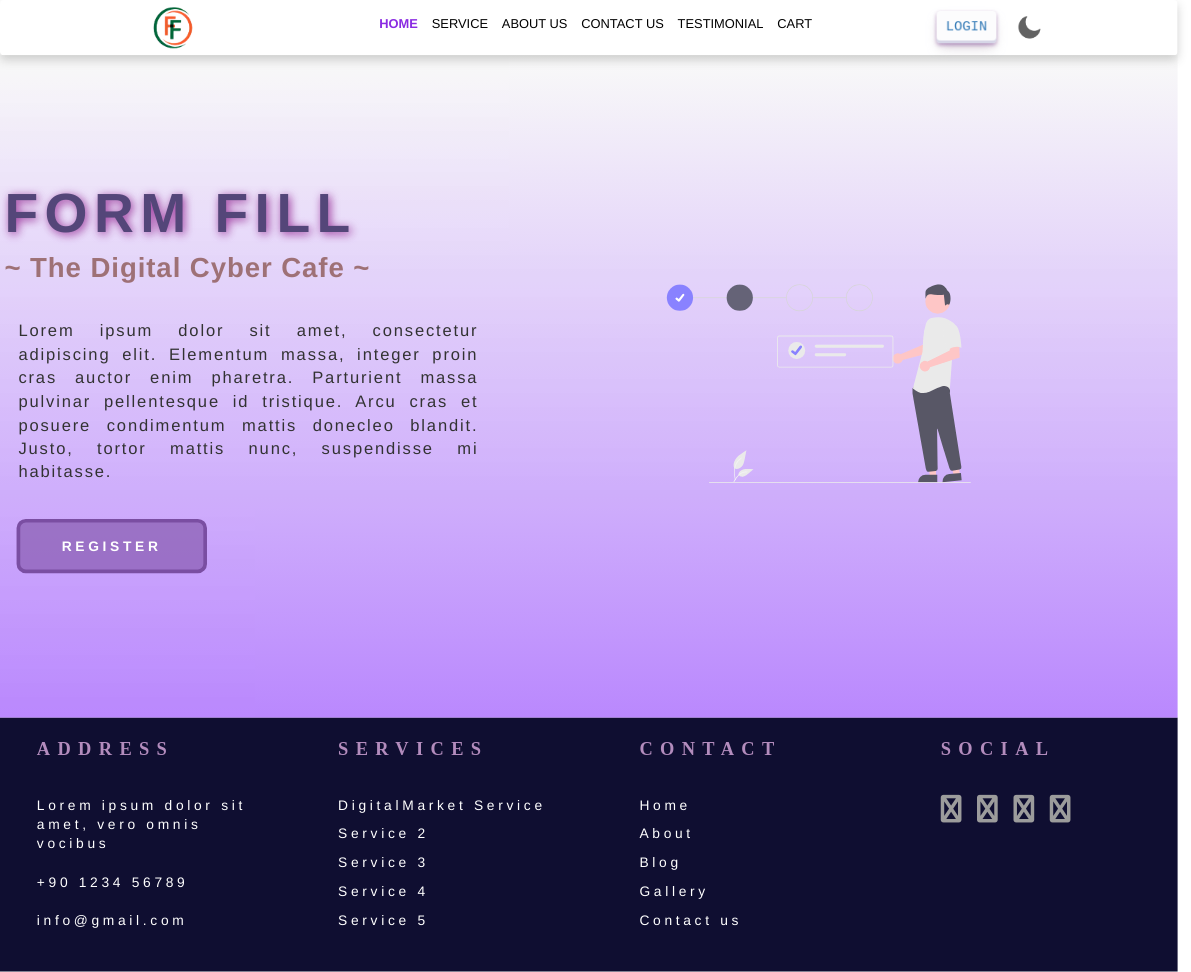
Repository: codervivek5/Formfil
Page: index.html
The author's editor kept a copy of each file at every save. The page is drawn from the files as they stood at one save, then again after the next save.
The browser window is 1280 px wide. The page is 1295 px wide, so the pictures cover 1295 px, including what lies to the right of the window. The pictures show the whole page, at 92% of full size.
Some web fonts or font styles are not loaded; a fallback is used.

Above is the page before, as saved 2023-03-04 21:03:14.

### index.html
<!DOCTYPE html>
<html lang="en">

<head>
	<meta charset="UTF-8" />
	<meta http-equiv="X-UA-Compatible" content="IE=edge" />
	<meta name="viewport" content="width=device-width, initial-scale=1.0" />
	<title>Home-FormFil</title>
	<link rel="stylesheet" href="style/style.css" />
     <link rel="stylesheet" href="style/theme.css">

	<link rel="stylesheet" href="https://maxcdn.bootstrapcdn.com/bootstrap/3.4.1/css/bootstrap.min.css">
	<script src="https://ajax.googleapis.com/ajax/libs/jquery/3.6.0/jquery.min.js"></script>
     <script src="https://maxcdn.bootstrapcdn.com/bootstrap/3.4.1/js/bootstrap.min.js"></script>

	<link rel="stylesheet" href="https://fonts.googleapis.com/css?family=Trirong" />
	<link rel="icon" type="image/x-icon" href="./img/crop_logo.png" />
	<link rel="stylesheet" href="https://cdnjs.cloudflare.com/ajax/libs/font-awesome/6.2.1/css/all.min.css">
</head>

<body>

    <div class="loader">
          <img class= "imgload" src="img/logo.png"  alt="">
     </div>

     <header class="navbar">
      <a href="index.html"><img class="logo" src="img/logo.png" width="100px" height="100px" /></a>

      <div class="navbar-opt">
        <ul class="navbar-list">
          <li><a href="index.html" class="nav-link active">HOME</a></li>
          <li><a href="pages/service.html" class="nav-link">SERVICE </a></li>
          <li><a href="pages/about_us.html" class="nav-link">ABOUT US </a></li>
          <li><a href="pages/contact-us.html" class="nav-link">CONTACT US </a></li>
          <li><a href="pages/testimonial.html" class="nav-link">TESTIMONIAL</a></li>
          <li><a href="pages/cart.html" class="nav-link">CART</a></li>
        </ul>
      </div>

      <div class="fixed-buttons">
        <button><a href="pages/login.html" class="lgn">LOGIN</a></button>
        <img src="img/moon.png" id="icon">
      </div>

      <div class="mobile-menu">
        <ion-icon name="menu-outline" class="menu-icon"></ion-icon>
        <ion-icon name="close-outline" class="menu-icon"></ion-icon>
      </div>

     </header>

	<div class="main">

		<div class="container">
			<div class="content">
				<h1>FORM FILL</h1>
				<h2>~ The Digital Cyber Cafe ~</h2>
				<p class="para">
					Lorem ipsum dolor sit amet, consectetur adipiscing elit.
          Elementum massa, integer proin cras auctor enim pharetra.
					Parturient massa pulvinar pellentesque id tristique.
          Arcu cras et posuere condimentum mattis donecleo blandit.
          Justo, tortor mattis nunc, suspendisse mi habitasse.
				</p>
				<div class="btn">
					<a href="pages/signup.html"> <button class="btn1 button">REGISTER</button></a>
				</div>
			</div>
			<div class="shipp">
				<img src="img/svg.svg" />
        <!-- <img src="img/formfilSvg.svg" /> -->
			</div>
		</div>
	</div>

<!-- footer section -->
<footer>
    <div>
        <div class="row">
            <div class="col-lg-3 col-md-5 col-sm-4 col-xs-12">
                <ul class="adress">
                     <span>Address</span>
                     <li>
                        <p>Lorem ipsum dolor sit amet, vero omnis vocibus</p>
                      </li>

                      <li>
                        <p>+90 1234 56789</p>
                      </li>

                      <li>
                        <p>info@gmail.com</p>
                      </li>
                 </ul>
            </div>
            <div class="col-lg-3 col-md-5 col-sm-4 col-xs-12">
               <ul class="service">
                    <span>Services</span>
                    <li>
                       <a href="#">DigitalMarket Service</a>
                     </li>

                     <li>
                        <a href="#">Service 2</a>
                     </li>

                     <li>
                       <a href="#">Service 3</a>
                     </li>

                     <li>
                        <a href="#">Service 4 </a>
                     </li>

                     <li>
                       <a href="#">Service 5</a>
                    </li>
               </ul>
           </div>
            <div class="col-lg-3 col-md-3 col-sm-4 col-xs-12">
                <ul class="contact">
                     <span>Contact</span>
                     <li>
                        <a href="index.html">Home</a>
                      </li>

                      <li>
                         <a href="pages/about_us.html">About</a>
                      </li>

                      <li>
                        <a href="#">Blog</a>
                      </li>

                      <li>
                         <a href="#">Gallery </a>
                      </li>

                      <li>
                        <a href="pages/contact-us.html">Contact us</a>
                     </li>
                </ul>
            </div>

            <div class="col-lg-3 col-md-3 col-sm-4 col-xs-12">
               <ul class="social">
                    <span>Social</span>
                    <li>
                         <a href="https://www.facebook.com/codervivek"  target="_blank"><i class="fa fa-facebook fa-2x"></i></a>
                    </li>

                    <li>
                         <a href="https://github.com/codervivek5" target="_blank"><i class="fa fa-github fa-2x"></i></a>
                    </li>

                    <li>
                         <a href="https://www.linkedin.com/in/codervivek/" target="_blank"><i class="fa fa-linkedin fa-2x"></i></a>
                    </li>

                    <li>
                         <a href="https://twitter.com/codervivek5" target="_blank"><i class="fa fa-twitter fa-2x"></i></a>
                    </li>

                    <li>
                         <a href="https://www.youtube.com/codervivek" target="_blank"><i class="fa fa-youtube-play fa-2x"></i></a>
                   </li>
                  </ul>
            </div>
       </div>
    </div>
    <button class="back-to-top hidden">
     <svg
     xmlns="http://www.w3.org/2000/svg"
     class="back-to-top-icon"
     fill="none"
     viewBox="0 0 24 24"
     stroke="currentColor"
   >
     <path
       stroke-linecap="round"
       stroke-linejoin="round"
       stroke-width="2"
       d="M7 11l5-5m0 0l5 5m-5-5v12"
     />
   </svg></button>
</footer>


<script>

     // Javascript Code for Dark Mode Switch
	var icon = document.getElementById("icon");
	icon.onclick = function(){
		document.body.classList.toggle("dark-mode");
		if (document.body.classList.contains("dark-mode")){
			icon.src="img/sun.png";
		}
		else {
			icon.src="img/moon.png";
		}
	}
  //javascript for loader
  $(document).ready(function() {
      // Animate loader off screen
   setTimeout(function() {
    $(".loader").fadeOut("slow");
   }, 0);
  });
      // Javascript Code for Scroll to top Button
      const showOnPx = 100;
      const backToTopButton = document.querySelector(".back-to-top")

     const scrollContainer = () => {
       return document.documentElement || document.body;
      };

 document.addEventListener("scroll", () => {
   if (scrollContainer().scrollTop > showOnPx) {
     backToTopButton.classList.remove("hidden")
   } else {
     backToTopButton.classList.add("hidden")
   }
 })
 const goToTop = () => {
   document.body.scrollIntoView({
     behavior: "smooth",
   });
 };
 backToTopButton.addEventListener("click", goToTop);

 const mobile_nav= document.querySelector('.mobile-menu');
const nav_header= document.querySelector(".navbar");

const toggleNav = () =>{
  nav_header.classList.toggle("switchOn");
}

mobile_nav.addEventListener('click', () => toggleNav());

</script>
<script type="module" src="https://unpkg.com/ionicons@5.5.2/dist/ionicons/ionicons.esm.js"></script>
<script nomodule src="https://unpkg.com/ionicons@5.5.2/dist/ionicons/ionicons.js"></script>
</body>
</html>

### style/style.css
@import url('https://fonts.googleapis.com/css2?family=Tilt+Prism&display=swap');

body{
	margin:0;
	padding:0;
	background:black;
font-family: 'Times New Roman', Times, serif;
overflow-x: hidden;
}
.main{
	position: relative;
	height:100%;
	width:100%;
	background-position: center;
	background-repeat: no-repeat;
	background-size: cover;
	opacity: 0.8;

}
.navbar{
    padding: 0 !important;
    padding: 0 3rem;
    height: 6rem;
    display: flex;
    justify-content: space-between;
    align-items: center;
    margin-bottom: 0 !important;
    box-shadow: 0px 5px 10px #48464640 !important;
    z-index: 999;
}

.navbar-opt{
    transition: all 0.5s;
  }

  .navbar-list{
    display: flex;
    gap: 1.5rem;
    list-style: none;
  }

  .fixed-buttons{
    display: flex;
    justify-content: center;
    align-items: center;
    column-gap: 1rem;
  }

  .active{
    font-weight: 700 !important;
  }

  .nav-link:link,
.nav-link:visited {
  display: inline-block;
  text-decoration: none;
  color: black;
}

.mobile-menu{
  display: none;
  background: transparent;
  cursor: pointer;
}

.menu-icon{
  width: 3.2rem;
  height: 3.2rem;
  z-index: 1000;
}

.menu-icon[name="close-outline"]{
  display: none;
}

.fixed-buttons button{
  align-items: center;
  appearance: none;
  background-color: #FCFCFD;
  border-radius: 4px;
  border-width: 0;
  box-shadow: #7b378e7b 0 2px 4px,#c1b6c4a8 0 7px 13px -3px,#D6D6E7 0 -3px 0 inset;
  box-sizing: border-box;
  color: #36395A;
  cursor: pointer;
  display: inline-flex;
  font-family: "JetBrains Mono",monospace;
  height: 3.5rem;
  justify-content: center;
  line-height: 1;
  list-style: none;
  overflow: hidden;
  padding-left: 1rem;
  padding-right: 1rem;
  position: relative;
  text-align: left;
  text-decoration: none;
  transition: box-shadow .15s,transform .15s;
  user-select: none;
  -webkit-user-select: none;
  touch-action: manipulation;
  white-space: nowrap;
  will-change: box-shadow,transform;
  font-size: 1.5rem;
}

.fixed-buttons button:focus {
    box-shadow: #D6D6E7 0 0 0 1.5px inset, rgba(45, 35, 66, 0.4) 0 2px 4px, rgba(45, 35, 66, 0.3) 0 7px 13px -3px, #D6D6E7 0 -3px 0 inset;
  }

  .fixed-buttons button:hover {
    box-shadow: rgba(45, 35, 66, 0.4) 0 4px 8px, rgba(45, 35, 66, 0.3) 0 7px 13px -3px, #D6D6E7 0 -3px 0 inset;
    transform: translateY(-2px);
  }

  .fixed-buttons button:active {
    box-shadow: #D6D6E7 0 3px 7px inset;
    transform: translateY(2px);
  }

@media (max-width:1220px){
    .navbar-list{
      gap: 0.3rem;
    }
  }

  @media (max-width:1030px){
    .mobile-menu{
      display: block;
    }

    .navbar{
      padding: 0 1rem;
      position: relative;
    }

    .navbar-opt{
      width: 100vw;
      height: 100vh;
      background-color: #484646dd;
      position: absolute;
      top: 0;
      left: 0;
      display: flex;
      justify-content: center;
      /* transform: translateY(100%); */
      transition: all 0.5s linear;
      opacity: 0;
      visibility: hidden;
      pointer-events: none;
    }

    .navbar-list{
      flex-direction: column;
      align-items: center;
      justify-content: center;
      font-size: 1.7rem;
      font-weight: 500;
    }

    .switchOn .navbar-opt{
      opacity: 1;
      visibility: visible;
      pointer-events: auto;
    }

    .switchOn .mobile-menu .menu-icon[name="close-outline"]{
      display: block;
    }

    .switchOn .mobile-menu .menu-icon[name="menu-outline"]{
      display: none;
    }

  }

  .nav-link:hover{
    color: grey !important;
  }

    /* ____________________________________________________________________________________________________________ */

.container{
    display: flex;
    justify-content: space-between;
    align-items: center;
    position: relative;
    top: 20vh;
    padding: 0px 25px;
}
.shipp{
  padding-left: 50px;
}
.shipp img{
    width: 60vh;
}
.content{
  display: flex;
  flex-direction: column;
  margin-left: -110px;
}
.content h1{
    color: #2a1958;
    text-shadow: 2px 2px 10px purple;
    font-size: 6rem;
    letter-spacing: 7px;
    margin-top: -5px;
    font-weight: bold;
}
.content h2{
  color: rgba(0, 0, 0, 0.87);
	width:100%;
  font-weight: bold;
  margin-top: -1px;
  letter-spacing: 1px;
}
.content .para{
  color: black;
	width:100%;
  text-align: justify;
  font-size: 18px;
  margin-top: 30px;
  padding-left: 60px;
  letter-spacing: 2px;
  font-weight: 500;

}
.content .btn{
  text-align: left;
  margin-left: 45px;
  margin-top: 20px;
}
.content button{
    padding: 15px 45px;
    border-radius: 10px;
    border: none;
    background-color: rgba(90, 34, 139,0.6) !important;
    border: 4px solid rgba(90, 34, 139);
    color: white !important;
    font-weight: bold !important;
    letter-spacing: 4px;
    font-size: 15px !important;
    transition: transform .2s;
}
.btn1:hover{
  transform: scale(1.15);
  background-color: rgba(90, 34, 139,0.2) !important;
  color: white !important;
}

@media only screen and (max-width: 1300px){
    .shipp img{
      width: 50vw;
      height: 30vh;
  }
  }

  @media only screen and (max-width: 500px){
    .container{
      display: flex;
      flex-direction: column;
      padding: 0 !important;
      margin: 0 !important;
    }
    .content{
      width: 100vw;
      display: flex;
      flex-direction: column;
      justify-content: center;
      align-items: center;
      padding: 0 !important;
      margin: 0 !important;
    }
    .shipp img{
      width: 50vw;
      height: 40vh;
  }
  .content h1{
    font-size: 3rem;
  }
  .content h2{
    font-size: 2rem;
  }
  .content .para{
    font-size: 1.5rem;
  }
  }
/* footer */
footer{
     background-color: #0f0e31;
     padding:20px 0px;
     z-index: 1;
}

footer ul li{
    padding:5px 0px;
}

.adress span , .contact span , .social span, .service span{
   color: #FFF;
   font-weight: 800;
   padding-bottom: 10px;
   margin-bottom: 20px;
   display: block;
   text-transform: uppercase;
   font-size: 20px;
   letter-spacing: 3px;
}

.adress li p , .contact li a , .social li a, .service li a{
    color:#FFF;
    letter-spacing: 2px;
    text-decoration:none;
    font-size:15px;
    font-style: sans-serif;
}

.social li{
    float:left;
}

.adress , .contact , .social , .service{
    list-style: none;
}

.fa{
    color:#9c9c9c;
    margin-right: 15px;
    font-size:24px;
}
.service span{
    letter-spacing: 8px;
    font-family:'Tilt Prism', cursive;
    color:rgb(179,140,189);
}
.contact span{
    letter-spacing: 8px;
    font-family: 'Tilt Prism', cursive;
    color:rgb(179,140,189);

}
.adress span{
    letter-spacing: 8px;
    font-family:'Tilt Prism', cursive;
    color:rgb(179,140,189);
}
.social span{
    letter-spacing: 8px;
    font-family:'Tilt Prism', cursive;
    color:rgb(179,140,189);
}
.service a{
    letter-spacing: 4px !important;
    position: relative;
    transition: all 0.5s ease;
    -webkit-transition: all 0.5s ease;
}
.service a:hover {
    color: rgb(137,130,255) !important;
    transition: all 1s ease;
    -webkit-transition: all 1s ease;
}

 .service a:before, .service a:after {
  content: '';
  position: absolute;
  width: 0%;
  height: 1px;
  bottom: -1px;
  background:rgb(204,214,246);
}

.imgload{
	height: 25%;
	width: 15%;

}
.loader{
    position: fixed;
    z-index: 1;
    top: 0;
    left: 0;
    background: #7b378ec4;
    height: 100%;
    width: 100%;
    display: flex;
    justify-content: center;
    align-items: center;
  }

  .loader.hidden{
    animation: fadeOut 2s forwards;
  }
  @keyframes fadeOut {
    100%{
      opacity: 100%;
      visibility: hidden;
    }
  }



.adress p{
    letter-spacing: 4px !important;
    position: relative;
    transition: all 0.5s ease;
    -webkit-transition: all 0.5s ease;
}
.adress p:hover {
    color: rgb(14, 214, 3) !important;
    transition: all 1s ease;
    -webkit-transition: all 1s ease;
}
.contact a{
    letter-spacing: 4px !important;
    position: relative;
    transition: all 0.5s ease;
    -webkit-transition: all 0.5s ease;
}
.contact a:hover {
    color: rgb(212, 1, 227) !important;
    transition: all 1s ease;
    -webkit-transition: all 1s ease;
}
.social i{
    position: relative;
}
.social i:hover {
    color: rgb(15, 3, 252) !important;
    transition: all 1s ease;
    -webkit-transition: all 1s ease;
}
.back-to-top {
    position: fixed;
    right: 2rem;
    bottom: 2rem;
}
.hidden {
    display: none;
        opacity: 0%;

  }
.back-to-top {
    position: fixed;
    right: 2rem;
    bottom: 2rem;
    border-radius: 100%;
    background: gray;
    padding: 1.5rem;
    border: none;
    cursor: pointer;
    opacity: 100%;
    transition: opacity 0.5s;
  }
  .back-to-top-icon {
    width: 2rem;
    height: 2rem;
    color: white;
  }
  .back-to-top:hover {
    opacity: 60%;
  }

.footerpart{
	text-align: center;
}







    /* ____________________________________________________________________________________________________________ */

### style/theme.css
:root{
	--color--main: linear-gradient(rgba(244, 245, 243, 0.712),rgba(159, 90, 253,0.9));
	--color--footer: rgb(119, 5, 100);
	--color--h1: #2a1958;
	--color--h2: rgba(122, 60, 60, 0.87);
	--color--p: black;
	--color--btn: #2a1958;
	--color--nav: black;
	--color--nav_before:#2a1958;
	--color--customnav: white;
}
.dark-mode{
	--color--main: linear-gradient(#4b075ac4,rgba(28, 1, 41, 0.712));
	--color--footer: rgb(65, 3, 55);
	--color--h1: rgb(255, 255, 255);
	--color--h2: rgb(233, 233, 233);
	--color--p: white;
	--color--btn: #130735;
	--color--nav: rgb(215, 244, 248);
	--color--nav_before:rgb(215, 244, 248);
	--color--customnav: rgb(174, 147, 180);
}
#icon{
	width: 30px;
	cursor: pointer;
	margin: 10px;
}
.main{
	position: relative;
	height:100vh;
	width:100%;
	background:var(--color--main);
	background-position: center;
	background-repeat: no-repeat;
	background-size: cover;
	opacity: 0.8;
}
.navbar{
	background-color: var(--color--customnav);
}

.nav-link{
	color: var(--color--p) !important;
}

.active{
	color: blueviolet !important;
}
.content h1{
    color:var(--color--h1);
margin-left: 8%;
}
.content h2{
    color: var(--color--h2);
    margin-left: 8%;
}
.content .para{
    color: var(--color--p);
}
.content .btn1 {
    background-color: var(--color--btn);
    color:honeydew;

}
.footer{
	background-color:var(--color--footer);
	display: block;
	justify-content: center;
	align-items: center;
	width: 100%;
	height: 40vh;

}

After the next save:
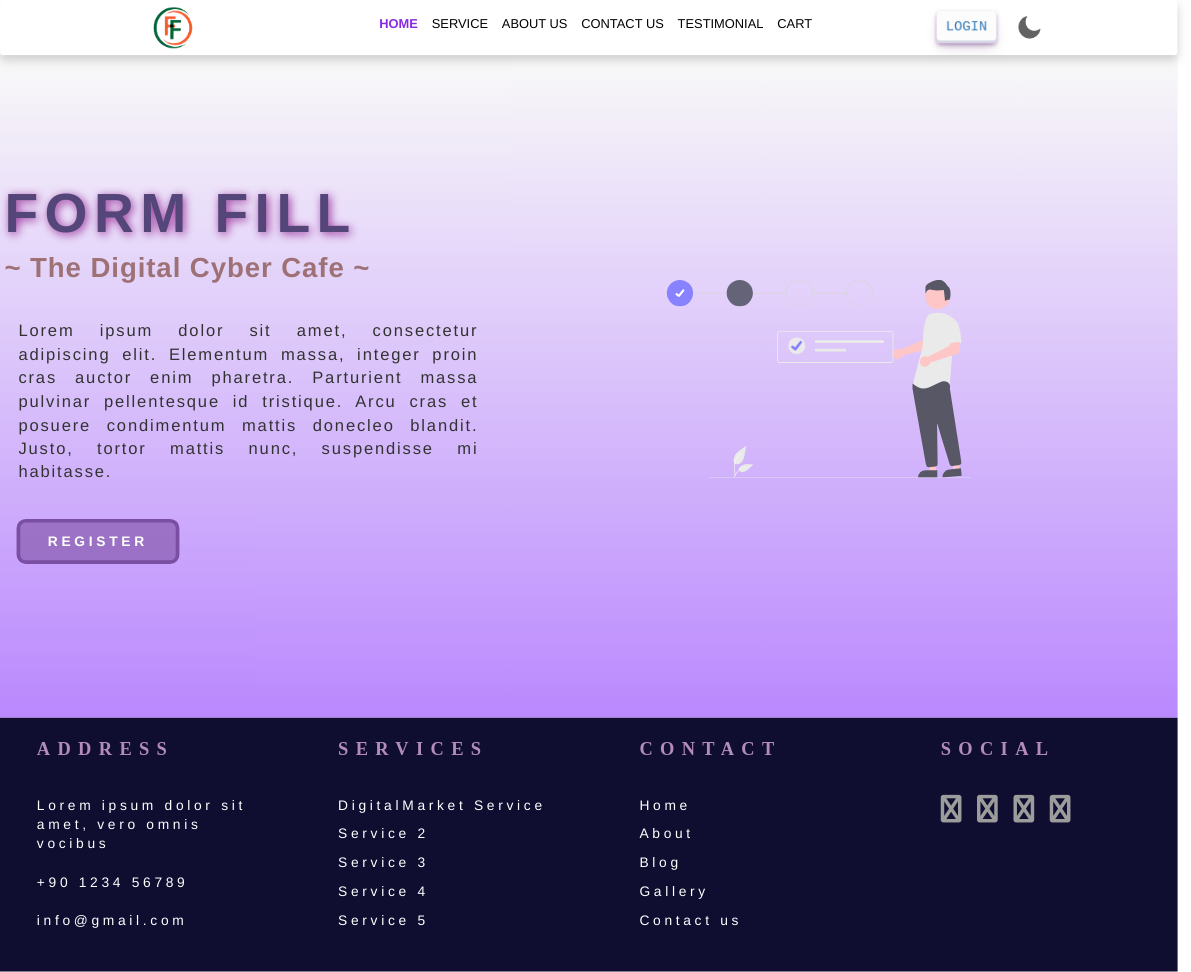
Saved 15 s later.
--- a/style/style.css
+++ b/style/style.css
@@ -231,7 +231,7 @@ overflow-x: hidden;
   margin-top: 20px;
 }
 .content button{
-    padding: 15px 45px;
+    padding: 10px 30px;
     border-radius: 10px;
     border: none;
     background-color: rgba(90, 34, 139,0.6) !important;
